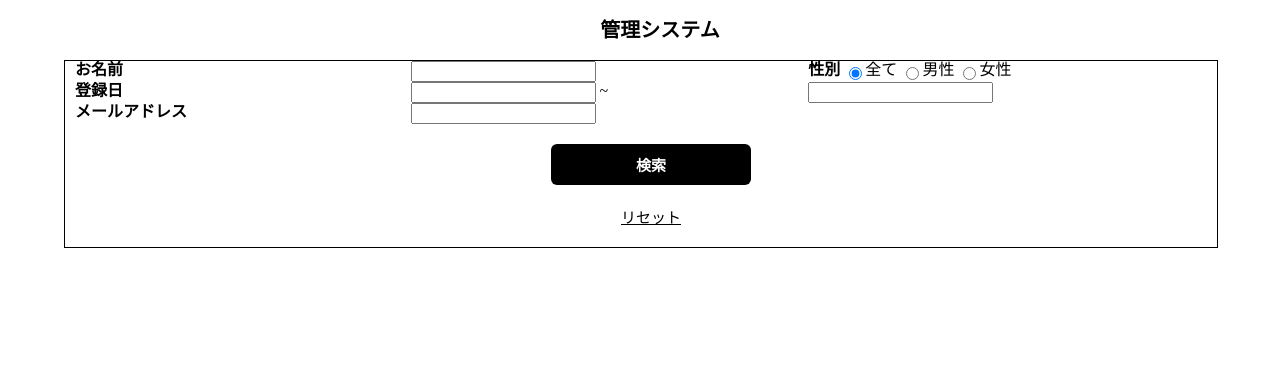
Repository: masanarimiura/20220723_miura_advance_test
Page: http://localhost/manage
An editor plug-in stored every save of this project. The page is shown before and after a run of saves, followed by the edit.
The browser window is 1280 px wide. The pictures show the whole page.
The page is served by the project's Laravel application, run on PHP 8.4 with Laravel 8. Other server files are loaded and not shown.

Above is the page before, as saved 2022-07-19 20:28:54.

### routes/web.php
<?php

use Illuminate\Support\Facades\Route;
use App\Http\Controllers\ContactController;


Route::get('/', [ContactController::class, 'index']);
Route::post('/', [ContactController::class, 'input']);
Route::get('/confirm', [ContactController::class, 'retype']);
Route::post('/confirm', [ContactController::class, 'store']);
Route::get('/thanks', [ContactController::class, 'thanks']);
Route::get('/manage', [ContactController::class, 'manage']);

### app/Http/Controllers/ContactController.php
<?php

namespace App\Http\Controllers;

use Illuminate\Http\Request;
use App\Models\Contact;
use App\Http\Requests\ClientRequest;

class ContactController extends Controller
{
    public function index()
    {
        return view('index');
    }

    public function input(ClientRequest $request)
    {
        return view('confirm',$request);
    }

    public function retype(Request $request)
    {
        return redirect('/')->withInput();
    }

    public function store(Request $request)
    {
        // 登録処理
        return view('thanks');
    }

    public function thanks()
    {
        return view('thanks');
    }

    public function manage()
    {
        return view('manage');
    }



    // public function search(Request $request)
    // {
    //     $item = Contact::find($request->input);
    //     $param = [
    //         'item' => $item,
    //         'input' => $request->input
    //     ];
    //     return view('find', $param);
    // }
}

### resources/views/manage.blade.php
<!DOCTYPE html>
<html lang="ja">

<head>
  <meta charset="UTF-8">
  <meta name="viewport" content="width=device-width, initial-scale=1.0">
  <meta http-equiv="X-UA-Compatible" content="ie=edge">
  <title>advance_test</title>
  <style>
    html, body, div, span, object, iframe,
h1, h2, h3, h4, h5, h6, p, blockquote, pre,
abbr, address, cite, code,
del, dfn, em, img, ins, kbd, q, samp,
small, strong, sub, sup, var,
b, i,
dl, dt, dd, ol, ul, li,
fieldset, form, label, legend,
table, caption, tbody, tfoot, thead, tr, th, td,
article, aside, canvas, details, figcaption, figure,
footer, header, hgroup, menu, nav, section, summary,
time, mark, audio, video {
    margin:0;
    padding:0;
    border:0;
    outline:0;
    font-size:100%;
    vertical-align:baseline;
    background:transparent;
}

body {
    line-height:1;
}

article,aside,details,figcaption,figure,
footer,header,hgroup,menu,nav,section {
    display:block;
}

nav ul {
    list-style:none;
}

blockquote, q {
    quotes:none;
}

blockquote:before, blockquote:after,
q:before, q:after {
    content:'';
    content:none;
}

a {
    margin:0;
    padding:0;
    font-size:100%;
    vertical-align:baseline;
    background:transparent;
}

/* change colours to suit your needs */
ins {
    background-color:#ff9;
    color:#000;
    text-decoration:none;
}

/* change colours to suit your needs */
mark {
    background-color:#ff9;
    color:#000;
    font-style:italic;
    font-weight:bold;
}

del {
    text-decoration: line-through;
}

abbr[title], dfn[title] {
    border-bottom:1px dotted;
    cursor:help;
}

table {
    border-collapse:collapse;
    border-spacing:0;
}

/* change border colour to suit your needs */
hr {
    display:block;
    height:1px;
    border:0;
    border-top:1px solid #cccccc;
    margin:1em 0;
    padding:0;
}

input, select {
    vertical-align:middle;
}
/* ここまでreset.css */
.manage {
  width:90%;
  margin: 0 auto;
}
.manage h2{
  text-align:center;
  padding: 20px;
  font-size:20px;
  width: 100%;
}
.system {
  width:100%;
  border:solid 1px black;
}
.system form {
  width: 100%;
}
.system form table {
  width: 100%;
}
.system form table tr th {
  width: 30%;
  font-weight: bold;
  text-align: left;
  padding-left: 10px;
}
.box_con form table tr td {
  padding: 1em .5em;
}




.search-gender p {
  display: inline;
  font-weight: bold;
}




.submit-box {
  text-align:center;
  padding: 10px;
  font-size:20px;
  width: 100%;
}
.submit-btn{
  border-radius: 6px;
  margin: 10px auto 0;
  padding-top: 10px;
  padding-bottom: 10px;
  width: 200px;
  display: block;
  background: black;
  color: #fff;
  font-weight: bold;
  font-size: 15px;
  border: none;
  cursor: pointer;
}
.return-btn{
  border: none;
  margin: 0 auto;
  padding-bottom: 10px;
  display: block;
  background: #fff;
  color: black;
  font-size: 15px;
  text-decoration:underline;
  cursor: pointer;
}






.show-data {
  width:100%;
}
  </style>
</head>

<body>
  <div class="manage">
    <h2>管理システム</h2>
    <div class="system">
      <form action="">
        <table>
          @csrf
          <tr>
            <th>お名前</th>
            <td>
              <input type="text" name="full_name-search" value="" >
            </td>
            <td class="search-gender">
              <p>性別</p>
              <input type="radio" name="gender" value="全て" checked class="check-box">全て
              <input type="radio" name="gender" value="男性" class="check-box">男性
              <input type="radio" name="gender" value="女性" class="check-box">女性
            </td>
          </tr>
          <tr>
            <th>登録日</th>
            <td>
              <input type="text" name="begin-search-date" value="" >
              <span>~</span>
            </td>
            <td>
              <input type="text" name="end-search-date" value="" >
            </td>
          </tr>
          <tr>
            <th>メールアドレス</th>
            <td>
              <input type="text" name="email-search" value="" >
            </td>
          </tr>
        </table>
        <div class="submit-box">
          <button type="submit" class="submit-btn">検索</button>
        </div>
        <div class="submit-box">
          <button type="submit" formmethod="get" class="return-btn">リセット</button>
        </div>
      </form>
    </div>


    <div class="show-data">
    </div>
  </div>
</body>
</html>

<script>

</script>

Loaded but not shown: app/Providers/AppServiceProvider.php (common file); app/Http/Controllers/Controller.php (common file)

After the next 2 saves:
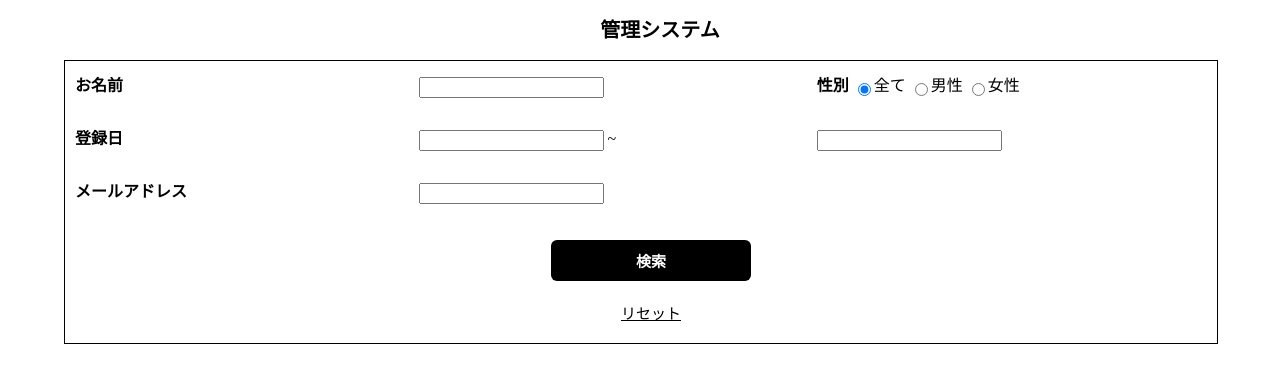
The 2 saves are shown as one change because they came seconds apart.
The last was saved 9 s later.
--- a/resources/views/manage.blade.php
+++ b/resources/views/manage.blade.php
@@ -128,7 +128,7 @@ input, select {
   text-align: left;
   padding-left: 10px;
 }
-.box_con form table tr td {
+.system form table tr td {
   padding: 1em .5em;
 }
 
